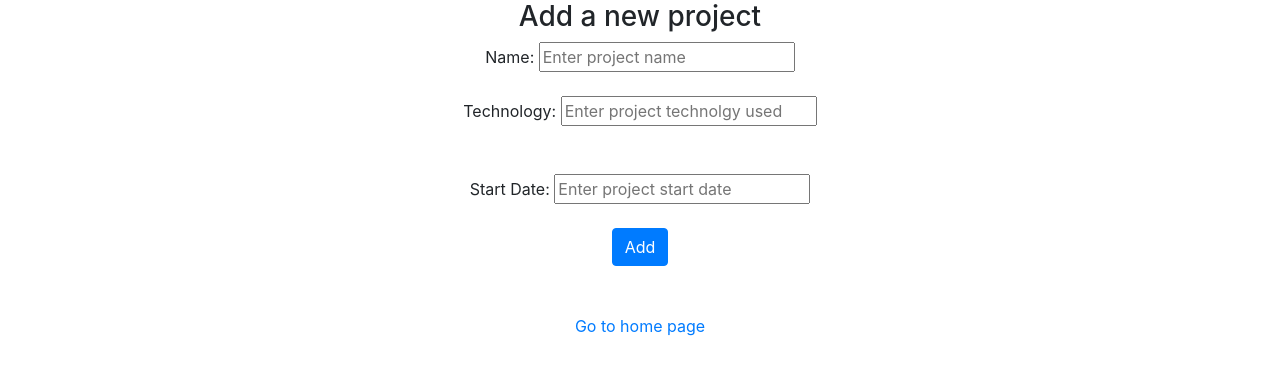
Repository: ArmanAli-cmd/EmployeeProjectDepartmentApplication
Page: http://localhost/EmployeeProjectDepartmentMVCApplication/views/department-signup.jsp
These files come from the project's save history. The page is drawn as it stood at one moment and after the next save; the edit follows.
The browser window is 1280 px wide. The pictures show the whole page.
The page is served by Tomcat 9.

Above is the page before, as saved 2024-01-18 05:47:02.

After the next save:
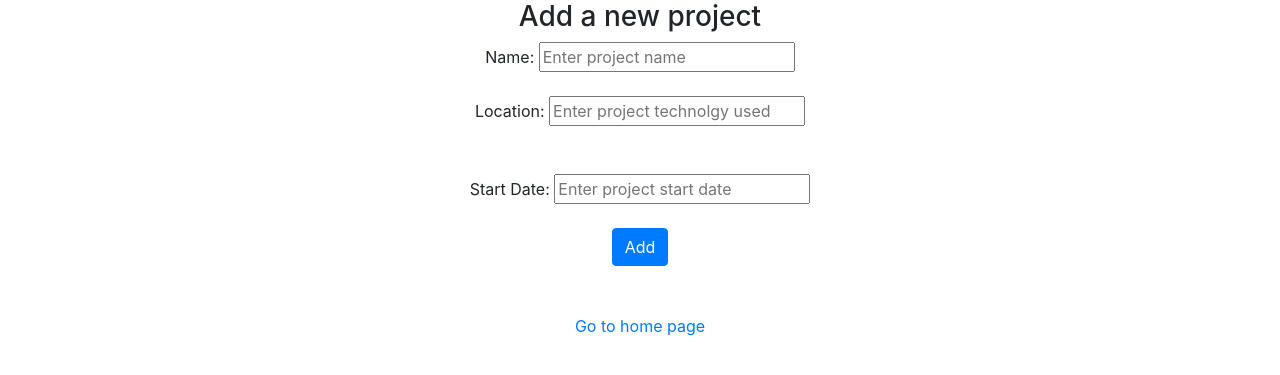
Saved 11 s later.
--- a/EmployeeProjectDepartmentMVCApplication/src/main/webapp/views/department-signup.jsp
+++ b/EmployeeProjectDepartmentMVCApplication/src/main/webapp/views/department-signup.jsp
@@ -18,7 +18,7 @@
 		Name: <input type="text" name="name" placeholder="Enter project name"
 			required><br>
 		<br>
-		Technology: <input type="text" name="technology"
+		Location: <input type="text" name="technology"
 			placeholder="Enter project technolgy used" required><br>
 		<br>
 		<br>
